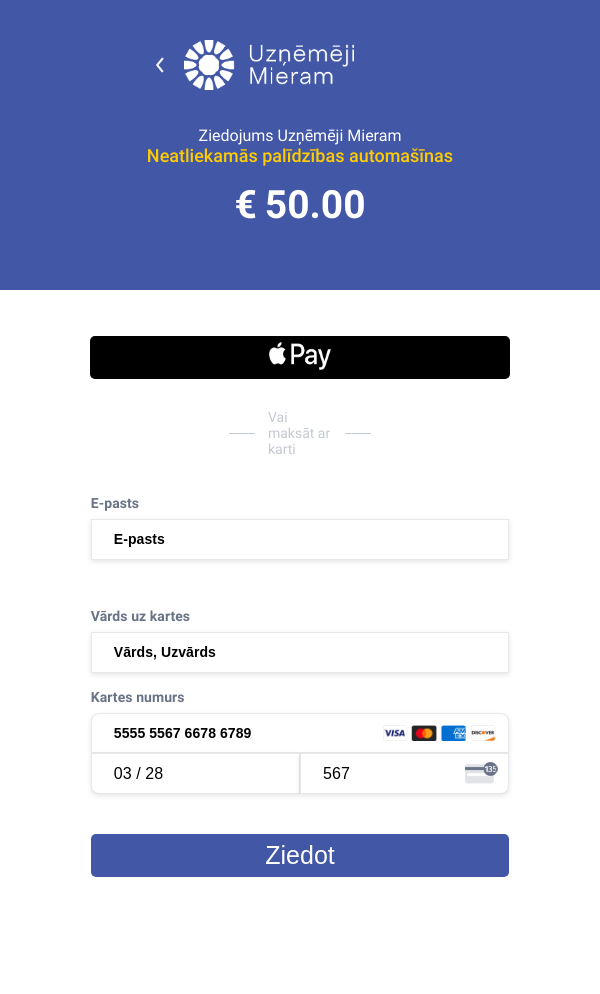
Repository: KatrinaPa/projekts_jul
Page: stripe.html
These files come from the project's save history. The page is drawn as it stood at one moment and after the next save; the edit follows.
The browser window is 600 px wide. The pictures show the whole page.

Above is the page before, as saved 2023-08-03 20:50:51.

### stripe.html
<!DOCTYPE html>
<html lang="en">

<head>
    <meta charset="UTF-8">
    <meta http-equiv="X-UA-Compatible" content="IE=edge">
    <meta name="viewport" content="width=device-width, initial-scale=1.0">
    <title>Stripe</title>
    <link rel="preconnect" href="https://fonts.googleapis.com">
    <link rel="preconnect" href="https://fonts.gstatic.com" crossorigin>
    <link href="https://fonts.googleapis.com/css2?family=Poppins:wght@300;400;500;600;700&display=swap"
        rel="stylesheet">
    <link rel="preconnect" href="https://fonts.googleapis.com">
    <link rel="preconnect" href="https://fonts.gstatic.com" crossorigin>
    <link href="https://fonts.googleapis.com/css2?family=Poppins:wght@300;400;500;600&display=swap" rel="stylesheet">
    <link rel="stylesheet" href="./assets/main.css" />
    <link rel="stylesheet" href="./assets/stripe-styles.css" />
    <link rel="stylesheet" href="https://cdnjs.cloudflare.com/ajax/libs/font-awesome/6.2.0/css/all.min.css" />
</head>

<body>

    <main>
        <div class="panel-2">
            <section class="section_left">
                <div class="wrapper_left">
                    <div class="logo-back"><a href="sakums.html">
                            <button class="back-btn">
                                <svg xmlns="http://www.w3.org/2000/svg" width="26" height="26" viewBox="0 0 26 26"
                                    fill="none">
                                    <path
                                        d="M15.2444 20.2912C15.0888 20.2917 14.935 20.2574 14.7944 20.1907C14.6538 20.124 14.53 20.0266 14.4319 19.9058L9.40066 13.6558C9.24745 13.4694 9.1637 13.2356 9.1637 12.9943C9.1637 12.753 9.24745 12.5192 9.40066 12.3328L14.609 6.08285C14.7858 5.87012 15.0399 5.73635 15.3153 5.71095C15.5908 5.68556 15.865 5.77062 16.0777 5.94743C16.2905 6.12424 16.4242 6.37832 16.4496 6.65376C16.475 6.9292 16.39 7.20345 16.2132 7.41618L11.5569 12.9995L16.0569 18.5828C16.1843 18.7357 16.2652 18.9219 16.2901 19.1194C16.315 19.3168 16.2827 19.5173 16.1973 19.697C16.1118 19.8767 15.9766 20.0282 15.8078 20.1335C15.6389 20.2388 15.4434 20.2935 15.2444 20.2912Z"
                                        fill="#F4F4F4" />
                                </svg>
                            </button>
                            <div>
                                <img src="assets/images/UM_logo_white.png" alt="UM_logo_white" id="logo-white">
                            </div>
                        </a></div>
                    <div class="donate-amount">
                        <p>Ziedojums Uzņēmēji Mieram<br>
                            <span>Neatliekamās palīdzības automašīnas</span>
                        </p>
                        <div>
                            <h2>€</h2>
                            <h2>50.00</h2>
                        </div>
                    </div>
                    <div class="terms-privacy">
                        <div>Powered by <img src="assets/images/stripe_wht.png" alt="Stripe" id="stripe_logo"></div>
                        <div class="centred-divid"></div>
                        <div class="terms">Terms</div>
                        <div class="privacy">Privacy</div>
                    </div>
                </div>
            </section>


            <section class="section_right">
                <div class="wrapper_right">
                    <button type="submit" class="button-ApplePay"><img src="assets/images/applePay.png" alt="ApplePay"
                            id="applePay-btn"></button>
                    <div class="pay-card-wrapper">
                        <div class="pay-card-line"></div>
                        <div class="pay-card">
                            <p>Vai maksāt ar karti</p>
                        </div>
                        <div class="pay-card-line"></div>
                    </div>

                    <div class="donor-details">
                        <form action="#">
                            <div class="input-details">
                                <label for="email">E-pasts</label>
                                <input type="email" placeholder="E-pasts" id="email" />
                            </div>
                            <div class="input-details">
                                <label for="name-onCard">Vārds uz kartes</label>
                                <input type="text" placeholder="Vārds, Uzvārds" id="name-onCard" />
                            </div>

                            <div class="input-card-details">
                                <label for="card-nr">Kartes numurs</label>
                                <input type="tel" placeholder="5555 5567 6678 6789" id="card-nr"
                                    class="input-icon-cards" />
                                <div>
                                    <input type="tel" placeholder="03 / 28" id="valid" />
                                    <input type="tel" placeholder="567" id="cvc" class="input-icon-cvc" />
                                </div>
                            </div>

                            <button type="submit" class="button-donate id=" donate-btn">Ziedot</button>
                        </form>
                    </div>
                </div>
            </section>

        </div>
    </main>


</body>

</html>

### assets/stripe-styles.css
.panel-2 {
    display: flex;
    flex-direction: row;
    justify-content: center;
}

.section_left {
    display: flex;
    justify-content: center;
    width: 50%;
    height: 62.69rem;
    background-color: #4257A6;
    font-family: Roboto;
    color: #ffffff;
}

.wrapper_left {
    display: flex;
    flex-direction: column;
    align-items: flex-start;
}

.logo-back {
    margin-top: 12rem;
}

.logo-back a {
    display: flex;
    gap: 0.7rem;
}

.back-btn {
    border: 0;
    background: transparent;
    padding: 0;
    cursor: pointer;
}

#logo-white {
    width: 10.625rem;
}

.donate-amount {
    display: flex;
    flex-direction: column;
    padding-left: 3rem;
}

.donate-amount p {
    font-size: 16px;
    font-weight: 400;
    margin: 3rem 3rem 0 0;
}

.donate-amount p span {
    font-size: 18px;
    font-weight: 500;
    color: #FFCC00;
}

.donate-amount div {
    display: flex;
    gap: 0.5rem;
}

.donate-amount h2 {
    font-size: 39px;
    font-weight: 600;
    margin-top: 0.5rem;
}

.terms-privacy {
    font-size: 12px;
    font-weight: 500;
    display: flex;
    gap: 1.5rem;
    margin-top: 16.7rem;
    width: 16rem;
    padding-left: 3rem;
}

.terms-privacy div:first-child {
    display: flex;
    justify-content: space-between;
    align-items: center;
}

.terms-privacy img {
    width: 33%;
}

.centred-divid {
    width: 1px;
    height: 1.25rem;
    background-color: #ffffff;
}

.terms,
.privacy {
    padding-top: 0.2rem;
    cursor: pointer;
}



.section_right {
    width: 50%;
    background-color: #ffffff;
    font-family: Roboto;
}

.wrapper_right {
    padding: 13rem 7.2rem 0 6.6rem;
}

.button-ApplePay {
    margin-top: 1rem;
    width: 100%;
    height: 2.69rem;
    max-width: 26.25rem;
    background-color: #000;
    border-radius: 5px;
    border: none;
    cursor: pointer;
}

.button-ApplePay img {
    width: 15%;
}

.pay-card-wrapper {
    display: flex;
    align-items: center;
    padding: 1rem 0.5rem 1.5rem 0.5rem;
    max-width: 25.2rem;
}

.pay-card {
    width: 100%;
    max-width: 26.25rem;
    margin: 0 1rem;
    display: flex;
    justify-content: center;
    font-size: 14px;
    font-weight: 400;
    color: #C3C9D1;
}

.pay-card-line {
    border-top: 1px solid #C3C9D1;
    width: 90%;
}

.section_right input {
    width: auto;
    max-width: 25.8rem;
    height: 2.3rem;
    border: solid 1px rgba(60, 66, 87, 0.12);
    box-shadow: 0px 2px 5px 0px rgba(0, 0, 0, 0.1);
    font-size: 14px;
    font-weight: 600;
    line-height: 22px;
    letter-spacing: 0.07px;
}

.section_right ::placeholder {
    padding: 0 1.25rem;
    color: #000;
}

.section_right label {
    color: #697386;
    font-size: 14px;
    font-weight: 600;
    letter-spacing: 0.07px;
}

form div:first-child {
    margin-bottom: 3rem;
}

.input-details {
    display: flex;
    flex-direction: column;
    gap: 0.5rem;
    margin-bottom: 1rem;
}

.input-card-details {
    gap: 0;
    display: flex;
    flex-direction: column;
}

.input-card-details label {
    margin-bottom: 0.5rem;
}

.input-card-details div {
    display: flex;
    flex-direction: row;
}

.input-card-details div input {
    width: 50%;
    max-width: 12.7rem;
    font-size: 16px;
    font-weight: 500;
}

.input-details input {
    margin: 0;
}

#card-nr {
    border-radius: 8px 8px 0 0;
}

#valid {
    border-radius: 0 0 0 8px;
}

#cvc {
    border-radius: 0 0 8px 0;
}

.input-icon-cards {
    background-image: url(images/cards.png);
    background-position: right center;
    background-size: 35%;
}

.input-icon-cvc {
    background-image: url(images/cvc.png);
    background-position: right center;
    background-size: 21%;
}

.donor-details input {
    background-repeat: no-repeat;
}

.button-donate {
    margin-top: 2.5rem;
    width: 100%;
    max-width: 26.25rem;
    background-color: #4257A6;
    color: #ffffff;
    font-size: 25px;
    font-weight: 500;
    height: 2.69rem;
    text-decoration: none;
    border-radius: 5px;
    border: none;
    cursor: pointer;
}

@media (min-width: 1370px) {
    .wrapper_right {
        padding: 13rem 10.5rem 0 6.6rem;
    }
}

@media (min-width: 1340px) {
    .wrapper_right {
        padding: 13rem 9.5rem 0 6.6rem;
    }
}

@media (min-width: 1300px) {
    .wrapper_right {
        padding: 13rem 8.5rem 0 6.6rem;
    }
}

@media screen and (max-width: 1279px) {

    .pay-card-line {
        width: 80%;
    }

    .wrapper_right {
        padding: 13rem 7.5rem 0 5.6rem;
    }
}

@media screen and (max-width: 1120px) {

    .pay-card-line {
        width: 65%;
    }

    .wrapper_right {
        padding: 13rem 6.5rem 0 5rem;
    }
}

@media (max-width: 1020px) {

    .wrapper_right {
        padding: 13rem 5.5rem 0 4.5rem;
    }
}

@media (max-width: 952px) {

    .pay-card-line {
        width: 53%;
    }

    .pay-card {
        margin: 0 0.8rem;
    }

    .wrapper_right {
        padding: 13rem 4.4rem 0 4rem;
    }
}

@media (max-width: 832px) {

    .pay-card-line {
        width: 41%;
    }

    .wrapper_right {
        padding: 13rem 3rem 0 3rem;
    }
}

@media (max-width: 804px) {

    .terms-privacy {
        margin-top: 15.5rem;
    }

    .input-icon-cards {
        background-size: 30%;
    }
}

@media screen and (max-width: 700px) {

    .panel-2 {
        flex-direction: column;
        align-items: center;
    }

    .section_left {
        height: 18.125rem;
        width: 100%;
    }

    .logo-back {
        margin-top: 2.5rem;
    }

    .donate-amount {
        padding-left: 0;
    }

    .donate-amount p {
        margin: 2rem 0 0.5rem 0;
        text-align: center;
    }

    .donate-amount div {
        justify-content: center;
    }

    .terms-privacy {
        display: none;
    }


    .section_right {
        height: 44rem;
        width: 100%;
    }

    .wrapper_right {
        padding: 2.875rem 1.5rem 3rem 1.5rem;
        display: flex;
        flex-direction: column;
        align-items: center;
    }

    .button-ApplePay {
        margin-top: 0;
    }

    .pay-card-wrapper {
        max-width: 100%;
    }

}

Loaded but not shown: assets/main.css (1433 lines, source omitted)

After the next save:
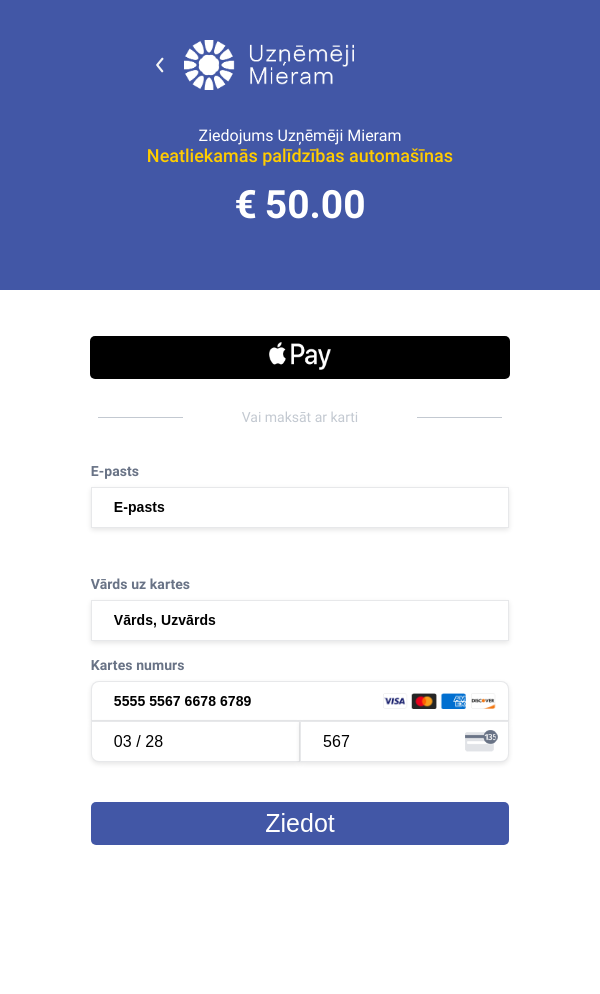
Saved 64 s later.
--- a/assets/stripe-styles.css
+++ b/assets/stripe-styles.css
@@ -390,7 +390,7 @@
     }
 
     .pay-card-wrapper {
-        max-width: 100%;
-    }
-
-}
+        width: 100%;
+    }
+
+}
